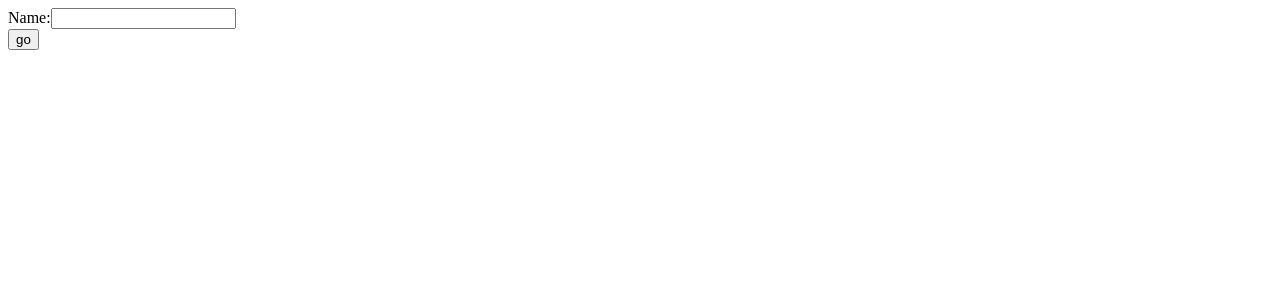
Repository: psavan1655/BE_GTU_AJ_LabManual
Page: javaLabManual/src/main/webapp/index.html
These files come from the project's save history. The page is drawn as it stood at one moment and after the next save; the edit follows.
The browser window is 1280 px wide. The pictures show the whole page.

Above is the page before, as saved 2021-04-22 18:31:58.

### javaLabManual/src/main/webapp/index.html
<!DOCTYPE html>
<html>
<head>
<meta charset="UTF-8">
<title>Insert title here</title>
</head>
<body>
	<form action="servlet1" method="post">
		Name:<input type="text" name="userName"/><br/>
		<input type="submit" value="go"/>
	</form>
</html>

After the next save:
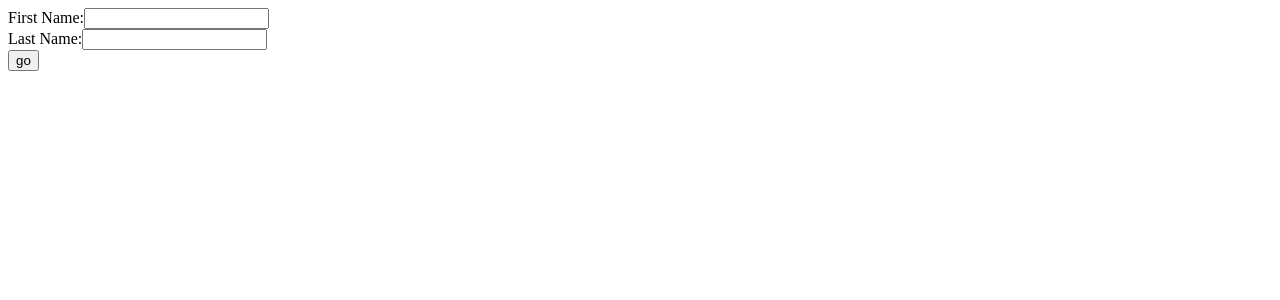
Saved 18 s later.
--- a/javaLabManual/src/main/webapp/index.html
+++ b/javaLabManual/src/main/webapp/index.html
@@ -6,7 +6,9 @@
 </head>
 <body>
 	<form action="servlet1" method="post">
-		Name:<input type="text" name="userName"/><br/>
+		First Name:<input type="text" name="userName"/><br/>
+		Last Name:<input type="text" name="userName"/><br/>
+
 		<input type="submit" value="go"/>
 	</form>
 </html>
